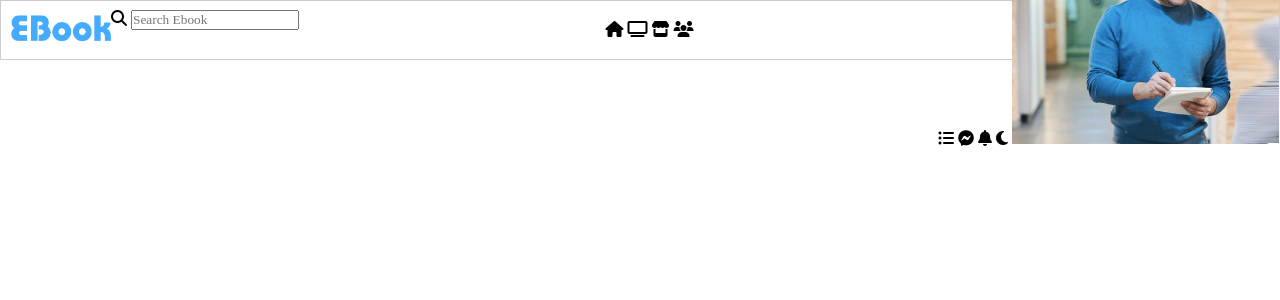
Repository: datvu1608/cloneebook
Page: index.html
These files come from the project's save history. The page is drawn as it stood at one moment and after the next save; the edit follows.
The browser window is 1280 px wide. The pictures show the whole page.
Some web libraries are served in a nearby version.

Above is the page before, as saved 2023-02-23 14:41:19.

### index.html
<!DOCTYPE html>
<html lang="en">
  <head>
    <meta charset="UTF-8" />
    <meta http-equiv="X-UA-Compatible" content="IE=edge" />
    <meta name="viewport" content="width=device-width, initial-scale=1.0" />
    <title>Face Clone</title>
    <link
      rel="stylesheet"
      href="https://cdnjs.cloudflare.com/ajax/libs/font-awesome/6.3.0/css/all.min.css"
      integrity="sha512-SzlrxWUlpfuzQ+pcUCosxcglQRNAq/DZjVsC0lE40xsADsfeQoEypE+enwcOiGjk/bSuGGKHEyjSoQ1zVisanQ=="
      crossorigin="anonymous"
      referrerpolicy="no-referrer"
    />
    <link rel="stylesheet" href="style.css" />
  </head>
  <body>
    <nav>
      <div class="left">
        <div class="logo">
          <img src="./image/logo.png" alt="" />
        </div>
        <div class="search-bar">
          <i class="fa-solid fa-magnifying-glass"></i>
          <input type="text" name="" id="" placeholder="Search Ebook" />
        </div>
      </div>

      <div class="center">
        <i class="fa-solid fa-house"></i>
        <i class="fa-solid fa-tv"></i>
        <i class="fa-solid fa-store"></i>
        <i class="fa-solid fa-users"></i>
      </div>

      <div class="right">
        <i class="fa-solid fa-list-ul"></i>
        <i class="fa-brands fa-facebook-messenger"></i>
        <i class="fa-solid fa-bell"></i>
        <i class="fa-solid fa-moon"></i>
        <img src="./image/profile.png" alt="" />
      </div>
    </nav>
  </body>
</html>

### style.css
* {
  margin: 0;
  padding: 0;
  box-sizing: border-box;
  font-family: serif;
}
nav {
  width: 100%;
  height: 60px;
  display: flex;
  align-items: center;
  justify-content: space-between;
  border: 1px solid #ccc;
  background: #fff;
  position: fixed;
  z-index: 1000;
  cursor: pointer;
}
nav .left img {
  width: 100px;
  margin: 5px 0;
  cursor: pointer;
}
nav .left {
  display: flex;
  align-items: center;
  justify-content: center;
  margin-left: 10px;
}
nav .left .search-bar {
  width: 250px;
  height: 40px;
}

After the next save:
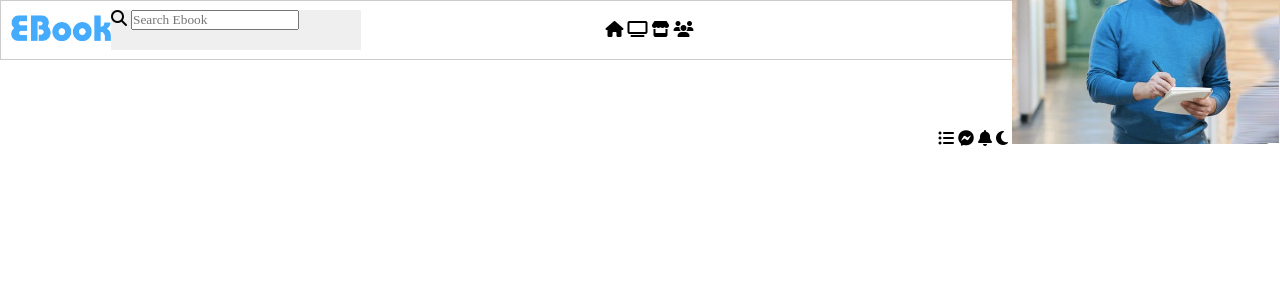
Saved 8 s later.
--- a/style.css
+++ b/style.css
@@ -30,4 +30,6 @@ nav .left {
 nav .left .search-bar {
   width: 250px;
   height: 40px;
+  background: #efefef;
+  d
 }
